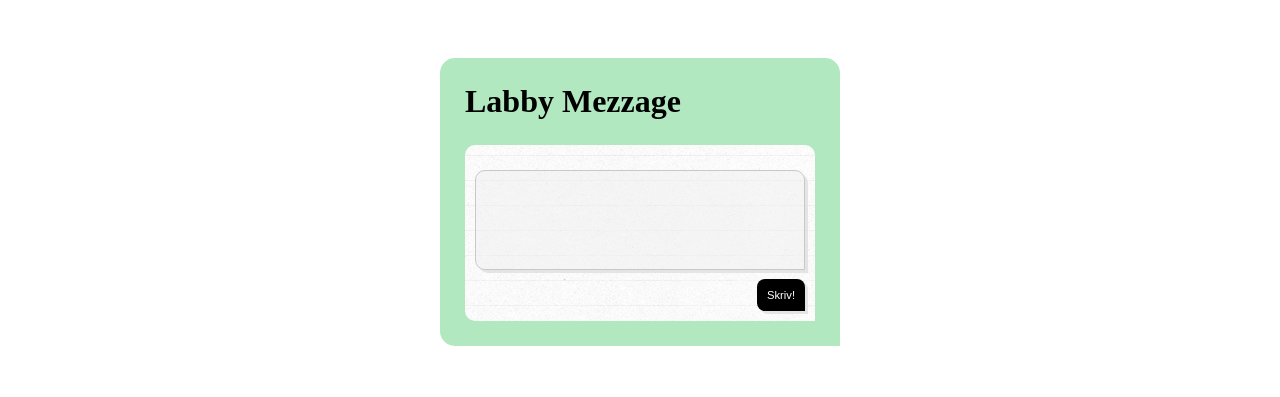
Repository: lw222gu/1dv403-laborationer
Page: 2-labbymezzage/index.html
The author's editor kept a record of every edit. The page is drawn from the files as they stood at one moment, then again after the next edit.
The browser window is 1280 px wide. The pictures show the whole page.
Some web fonts or font styles are not loaded; a fallback is used.

Above is the page before.
Console error: SyntaxError: Unexpected token ','

After the next edit:
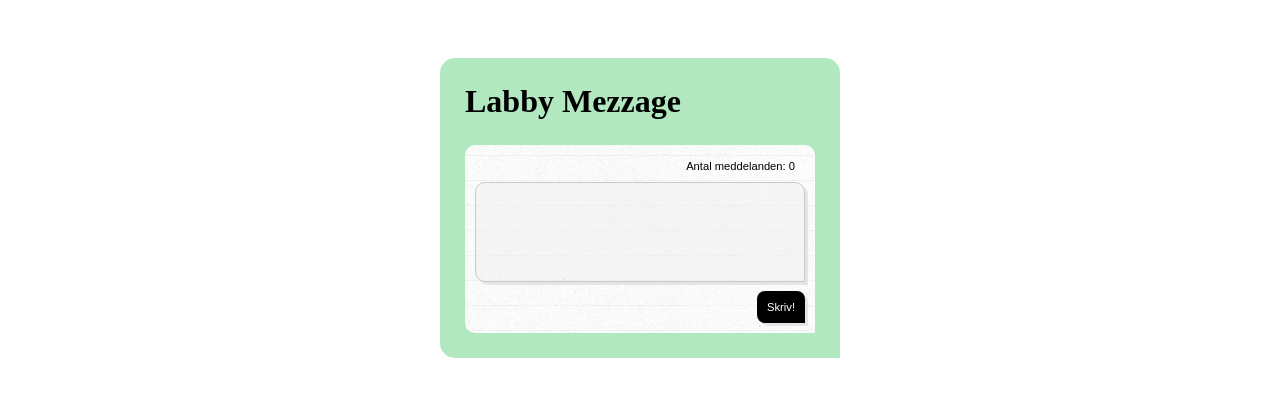
The error is gone.
The edit:
--- a/2-labbymezzage/mainscript.js
+++ b/2-labbymezzage/mainscript.js
@@ -31,11 +31,13 @@
         }
 
         else{
-        var mess = new Message(message, new Date());
-        mezzageApp.messages.push(mess);
-        console.log(mezzageApp.messages);
 
-        mezzageApp.renderMessages(mezzageApp.messages[mezzageApp.messages.length-1]);
+            var mess = new Message(message, new Date());
+            mezzageApp.messages.push(mess);
+            console.log(mezzageApp.messages);
+
+            mezzageApp.renderMessages(mezzageApp.messages[mezzageApp.messages.length-1]);
+        }
     },
 
 
